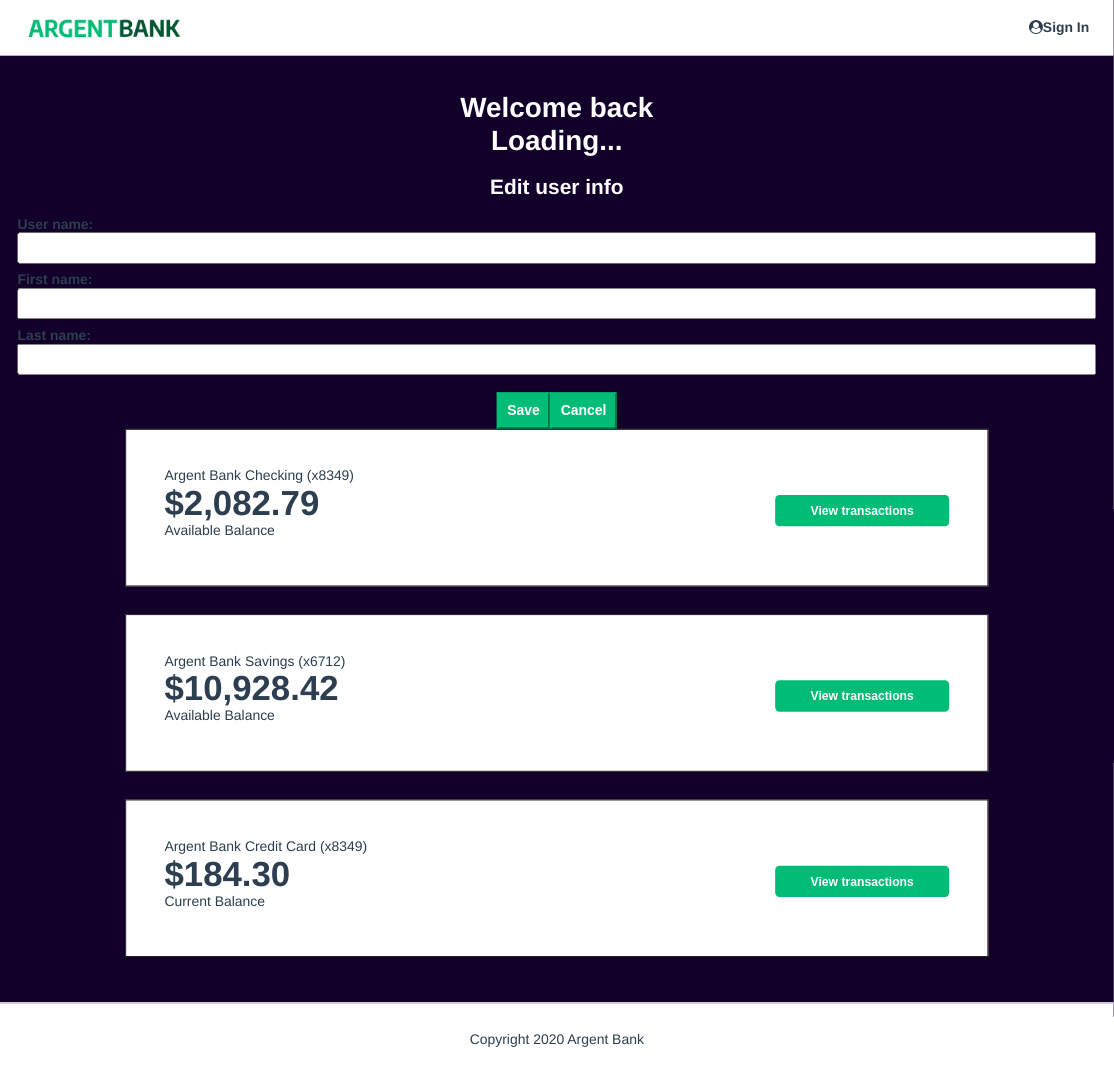
Repository: Dimple3377/ArgentBank-website
Page: /edit-user (app in banking-app/)
These files come from the project's save history. The page is drawn as it stood at one moment and after the next save; the edit follows.
The browser window is 1280 px wide. The pictures show the whole page, at 87% of full size.
The project was rebuilt for these pictures with package versions that can differ from the ones it lists, and the page was loaded fresh each time. Also part of the build but not shown: banking-app/src/components/Hero.jsx, banking-app/src/components/Feature.jsx, banking-app/src/pages/HomePage.jsx, banking-app/src/components/LoginForm.jsx, banking-app/src/pages/SignInPage.jsx, banking-app/src/pages/UserPage.jsx.

Above is the page before, as saved 2024-05-25 17:06:15.

### banking-app/src/index.jsx
import React from "react";
import ReactDOM from "react-dom/client";
import "./main.css";
import App from "./App";
import { Provider } from "react-redux";
import store from "./store";

const root = ReactDOM.createRoot(document.getElementById("root"));
root.render(
  <React.StrictMode>
    <Provider store={store}>
      <App />
    </Provider>
  </React.StrictMode>
);

### banking-app/src/main.css
html {
  font-family: Avenir, Helvetica, Arial, sans-serif;
  -webkit-font-smoothing: antialiased;
  -moz-osx-font-smoothing: grayscale;
  text-align: center;
  color: #2c3e50;
}

body {
  margin: 0;
  display: flex;
  flex-direction: column;
  min-height: 100vh;
}

.main {
  flex: 1;
}

.bg-dark {
  background-color: #12002b;
}

.sr-only {
  border: 0 !important;
  clip: rect(1px, 1px, 1px, 1px) !important;
  -webkit-clip-path: inset(50%) !important;
  clip-path: inset(50%) !important;
  height: 1px !important;
  margin: -1px !important;
  overflow: hidden !important;
  padding: 0 !important;
  position: absolute !important;
  width: 1px !important;
  white-space: nowrap !important;
}

.main-nav {
  display: flex;
  justify-content: space-between;
  align-items: center;
  padding: 5px 20px;
}

.main-nav a {
  font-weight: bold;
  color: #2c3e50;
}

.main-nav a.router-link-exact-active {
  color: #42b983;
}

.main-nav-item {
  text-decoration: none;
  margin-right: 0.5rem;
}

.main-nav-item:hover {
  text-decoration: underline;
}

.main-nav-logo {
  display: flex;
  align-items: center;
}

.main-nav-logo-image {
  max-width: 100%;
  width: 200px;
}

.hero {
  background-image: url("../src/assets/img/bank-tree.jpeg");
  background-position: 0 -50px;
  background-size: cover;
  background-repeat: no-repeat;
  height: 300px;
  position: relative;
}

.hero-content {
  position: relative;
  top: 2rem;
  width: 200px;
  background: white;
  padding: 2rem;
  text-align: left;
  margin: 0 auto;
}

.hero-content .subtitle {
  font-weight: bold;
  font-size: 1rem;
  margin: 0;
}

.hero-content .text {
  margin-bottom: 0;
  font-size: 0.9rem;
}

@media (min-width: 920px) {
  .hero {
    height: 400px;
    background-position: 0% 33%;
  }

  .hero-content {
    position: absolute;
    top: 50px;
    right: 50px;
    width: 300px;
    margin: 2rem;
  }

  .hero-content .subtitle {
    font-size: 1.5rem;
  }

  .hero-content .text {
    font-size: 1.2rem;
  }
}

.features {
  display: flex;
  flex-direction: column;
}

@media (min-width: 920px) {
  .features {
    flex-direction: row;
  }
}

.feature-icon {
  width: 100px;
  border: 10px solid #00bc77;
  border-radius: 50%;
  padding: 1rem;
}

.feature-item {
  flex: 1;
  padding: 2.5rem;
}

.feature-item-title {
  color: #222;
  font-size: 1.25rem;
  font-weight: bold;
  margin-bottom: 0.5rem;
}

.sign-in-button {
  display: block;
  width: 100%;
  padding: 8px;
  font-size: 1.1rem;
  font-weight: bold;
  margin-top: 1rem;
  border-color: #00bc77;
  background-color: #00bc77;
  color: #fff;
}

.sign-in-content {
  box-sizing: border-box;
  background-color: white;
  width: 300px;
  margin: 0 auto;
  margin-top: 3rem;
  padding: 2rem;
}

.sign-in-icon {
  font-size: 5rem;
}

.input-remember {
  display: flex;
}

.input-remember label {
  margin-left: 0.25rem;
}

.input-wrapper {
  display: flex;
  flex-direction: column;
  text-align: left;
  margin-bottom: 1rem;
}

.input-wrapper label {
  font-weight: bold;
}

.input-wrapper input {
  padding: 5px;
  font-size: 1.2rem;
}

.footer {
  display: flex;
  justify-content: center;
  border-top: 2px solid #ccc;
  padding: 2rem 0 1.5rem;
}

.footer-text {
  margin: 0;
  padding: 0;
}

.account {
  display: flex;
  justify-content: space-between;
  align-items: center;
  border: 1px solid black;
  background-color: #fff;
  width: 80%;
  margin: 0 auto;
  flex-direction: column;
  padding: 1.5rem;
  box-sizing: border-box;
  text-align: left;
  margin-bottom: 2rem;
}

.account-amount {
  margin: 0;
  font-size: 2.5rem;
  font-weight: bold;
}

.account-amount-description {
  margin: 0;
}

.account-title {
  margin: 0;
  padding: 0;
  font-size: 1rem;
  font-weight: normal;
}

.account-content-wrapper {
  width: 100%;
  flex: 1;
}

.edit-button {
  border-color: #00bc77;
  background-color: #00bc77;
  color: #fff;
  font-weight: bold;
  padding: 10px;
}

.header {
  color: #fff;
  margin-bottom: 2rem;
}

.transaction-button {
  display: block;
  width: 100%;
  padding: 8px;
  font-size: 1.1rem;
  font-weight: bold;
  margin-top: 1rem;
  border-color: #00bc77;
  background-color: #00bc77;
  color: #fff;
}

@media (min-width: 720px) {
  .account {
    flex-direction: row;
  }

  .account-content-wrapper.cta {
    flex: 0;
  }

  .transaction-button {
    width: 200px;
  }
}

### banking-app/src/App.jsx
import React from "react";
import { BrowserRouter as Router, Route, Routes } from "react-router-dom";
import HomePage from "./pages/HomePage";
import SignInPage from "./pages/SignInPage";
import UserPage from "./pages/UserPage";
import EditUserPage from "./pages/EditUserPage"; // Importer la nouvelle page
import "./main.css";

function App() {
  return (
    <Router>
      <Routes>
        <Route path="/" element={<HomePage />} />
        <Route path="/sign-in" element={<SignInPage />} />
        <Route path="/user" element={<UserPage />} />
        <Route path="/edit-user" element={<EditUserPage />} />{" "}
        {/* Ajouter la nouvelle route */}
      </Routes>
    </Router>
  );
}

export default App;

### banking-app/src/store/index.jsx
import { configureStore } from "@reduxjs/toolkit";
import userReducer from "./userSlice";

export const store = configureStore({
  reducer: {
    user: userReducer,
    devTools: process.env.NODE_ENV !== "production",
  },
});

export default store;

### banking-app/src/pages/EditUserPage.jsx
import React, { useState } from "react";
import { useSelector } from "react-redux";
import Header from "../components/Header";
import Footer from "../components/Footer";
import EditNameForm from "../components/EditNameForm";
import "../pages/EditUserPage.css"; // Assurez-vous que le chemin est correct

const EditUserPage = () => {
  const { user } = useSelector((state) => state.user);
  const [isEditing, setIsEditing] = useState(false);

  const toggleEdit = () => {
    setIsEditing(!isEditing);
  };

  return (
    <>
      <Header />
      <main className="main bg-dark">
        <div className="header">
          <h1>
            Welcome back
            <br />
            {user ? `${user.firstName} ${user.lastName}!` : "Loading..."}
          </h1>
          <h2>Edit user info</h2>
        </div>
        <EditNameForm toggleEdit={toggleEdit} />
        <h2 className="sr-only">Accounts</h2>
        <section className="account">
          <div className="account-content-wrapper">
            <h3 className="account-title">Argent Bank Checking (x8349)</h3>
            <p className="account-amount">$2,082.79</p>
            <p className="account-amount-description">Available Balance</p>
          </div>
          <div className="account-content-wrapper cta">
            <button className="transaction-button">View transactions</button>
          </div>
        </section>
        <section className="account">
          <div className="account-content-wrapper">
            <h3 className="account-title">Argent Bank Savings (x6712)</h3>
            <p className="account-amount">$10,928.42</p>
            <p className="account-amount-description">Available Balance</p>
          </div>
          <div className="account-content-wrapper cta">
            <button className="transaction-button">View transactions</button>
          </div>
        </section>
        <section className="account">
          <div className="account-content-wrapper">
            <h3 className="account-title">Argent Bank Credit Card (x8349)</h3>
            <p className="account-amount">$184.30</p>
            <p className="account-amount-description">Current Balance</p>
          </div>
          <div className="account-content-wrapper cta">
            <button className="transaction-button">View transactions</button>
          </div>
        </section>
      </main>
      <Footer />
    </>
  );
};

export default EditUserPage;

### banking-app/src/store/userSlice.jsx
import { createSlice, createAsyncThunk } from "@reduxjs/toolkit";
import axios from "axios";

const initialState = {
  user: null,
  token: null,
  status: "idle",
  error: null,
};

// Thunks
export const loginUser = createAsyncThunk(
  "user/login",
  async (credentials, { dispatch }) => {
    const response = await axios.post(
      "http://localhost:3001/api/v1/user/login",
      credentials
    );
    const token = response.data.body.token;
    // Fetch user profile after login
    const userProfileResponse = await axios.get(
      "http://localhost:3001/api/v1/user/profile",
      {
        headers: {
          Authorization: `Bearer ${token}`,
        },
      }
    );
    return { ...userProfileResponse.data.body, token };
  }
);

export const updateUser = createAsyncThunk(
  "user/update",
  async (userData, { getState }) => {
    const state = getState();
    const token = state.user.token;
    const response = await axios.put(
      "http://localhost:3001/api/v1/user/profile",
      userData,
      {
        headers: {
          Authorization: `Bearer ${token}`,
        },
      }
    );
    return response.data.body;
  }
);

export const fetchUserProfile = createAsyncThunk(
  "user/fetchProfile",
  async (_, { getState }) => {
    const state = getState();
    const token = state.user.token;
    const response = await axios.get(
      "http://localhost:3001/api/v1/user/profile",
      {
        headers: {
          Authorization: `Bearer ${token}`,
        },
      }
    );
    return response.data.body;
  }
);

const userSlice = createSlice({
  name: "user",
  initialState,
  reducers: {
    logout: (state) => {
      state.user = null;
      state.token = null;
      state.status = "idle";
      state.error = null;
    },
  },
  extraReducers: (builder) => {
    builder
      .addCase(loginUser.pending, (state) => {
        state.status = "loading";
      })
      .addCase(loginUser.fulfilled, (state, action) => {
        console.log("Login fulfilled:", action.payload); // Debug
        state.status = "succeeded";
        state.user = action.payload;
        state.token = action.payload.token;
        state.error = null;
      })
      .addCase(loginUser.rejected, (state, action) => {
        state.status = "failed";
        state.error = action.error.message;
      })
      .addCase(updateUser.pending, (state) => {
        state.status = "loading";
      })
      .addCase(updateUser.fulfilled, (state, action) => {
        console.log("Update fulfilled:", action.payload); // Debug
        state.status = "succeeded";
        state.user = { ...state.user, ...action.payload };
        state.error = null;
      })
      .addCase(updateUser.rejected, (state, action) => {
        state.status = "failed";
        state.error = action.error.message;
      })
      .addCase(fetchUserProfile.pending, (state) => {
        state.status = "loading";
      })
      .addCase(fetchUserProfile.fulfilled, (state, action) => {
        console.log("Fetch profile fulfilled:", action.payload); // Debug
        state.status = "succeeded";
        state.user = action.payload;
        state.error = null;
      })
      .addCase(fetchUserProfile.rejected, (state, action) => {
        state.status = "failed";
        state.error = action.error.message;
      });
  },
});

export const { logout } = userSlice.actions;

export default userSlice.reducer;

### banking-app/src/components/Header.jsx
import React, { useEffect } from "react";
import { Link } from "react-router-dom";
import { useSelector, useDispatch } from "react-redux";
import { fetchUserProfile, logout } from "../store/userSlice";
import logo from "../assets/img/argentBankLogo.png";
import "font-awesome/css/font-awesome.min.css";

const Header = () => {
  const dispatch = useDispatch();
  const { user, token } = useSelector((state) => state.user);

  useEffect(() => {
    if (token && !user) {
      dispatch(fetchUserProfile());
    }
  }, [dispatch, token, user]);

  const handleLogout = () => {
    dispatch(logout());
  };

  return (
    <nav className="main-nav">
      <Link className="main-nav-logo" to="/">
        <img
          className="main-nav-logo-image"
          src={logo}
          alt="Argent Bank Logo"
        />
        <h1 className="sr-only">Argent Bank</h1>
      </Link>
      <div>
        {user ? (
          <>
            <Link className="main-nav-item" to="/user">
              <i className="fa fa-user-circle"></i>
              {user.userName}
            </Link>
            <Link className="main-nav-item" to="/" onClick={handleLogout}>
              <i className="fa fa-sign-out"></i>
              Sign Out
            </Link>
          </>
        ) : (
          <Link className="main-nav-item" to="/sign-in">
            <i className="fa fa-user-circle"></i>
            Sign In
          </Link>
        )}
      </div>
    </nav>
  );
};

export default Header;

### banking-app/src/components/Footer.jsx
import React from "react";

const Footer = () => {
  return (
    <footer className="footer">
      <p className="footer-text">Copyright 2020 Argent Bank</p>
    </footer>
  );
};

export default Footer;

### banking-app/src/components/EditNameForm.jsx
import React, { useState } from "react";
import { useDispatch, useSelector } from "react-redux";
import { updateUser } from "../store/userSlice";

const EditNameForm = ({ toggleEdit }) => {
  const dispatch = useDispatch();
  const { user } = useSelector((state) => state.user);

  const [firstName, setFirstName] = useState(user?.firstName || "");
  const [lastName, setLastName] = useState(user?.lastName || "");
  const [userName, setUserName] = useState(user?.userName || "");

  const handleSubmit = (e) => {
    e.preventDefault();
    dispatch(updateUser({ firstName, lastName, userName })).then(() => {
      toggleEdit();
    });
  };

  return (
    <form onSubmit={handleSubmit}>
      <div className="input-wrapper">
        <label htmlFor="userName">User name:</label>
        <input
          type="text"
          id="userName"
          value={userName}
          onChange={(e) => setUserName(e.target.value)}
        />
      </div>
      <div className="input-wrapper">
        <label htmlFor="firstName">First name:</label>
        <input
          type="text"
          id="firstName"
          value={firstName}
          onChange={(e) => setFirstName(e.target.value)}
        />
      </div>
      <div className="input-wrapper">
        <label htmlFor="lastName">Last name:</label>
        <input
          type="text"
          id="lastName"
          value={lastName}
          onChange={(e) => setLastName(e.target.value)}
        />
      </div>
      <button type="submit" className="edit-button">
        Save
      </button>
      <button type="button" className="edit-button" onClick={toggleEdit}>
        Cancel
      </button>
    </form>
  );
};

export default EditNameForm;

### banking-app/src/pages/EditUserPage.css
.main {
  padding: 20px;
}

.header {
  margin-bottom: 20px;
}

.input-wrapper {
  margin-bottom: 10px;
}

.edit-button {
  margin-top: 10px;
  padding: 10px;
  font-size: 16px;
  cursor: pointer;
}

.account-content-wrapper {
  background-color: #fff;
  padding: 20px;
  margin-bottom: 10px;
  border-radius: 5px;
}

.account-content-wrapper.cta {
  text-align: right;
}

.transaction-button {
  padding: 10px 20px;
  font-size: 14px;
  cursor: pointer;
  border: none;
  background-color: #00bc77;
  color: #fff;
  border-radius: 5px;
}

.transaction-button:hover {
  background-color: #009c5f;
}

Loaded but not shown: banking-app/public/index.html (common file)

After the next save:
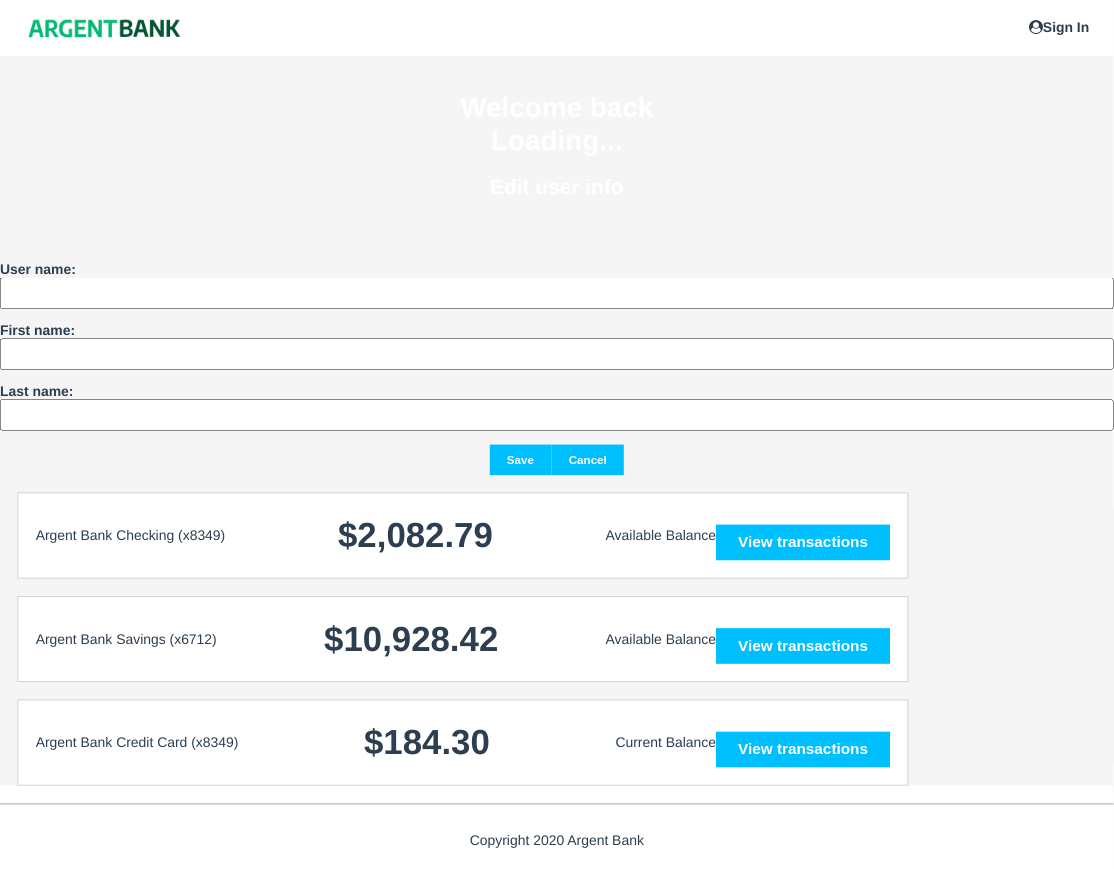
Saved 54 s later.
--- a/banking-app/src/pages/EditUserPage.css
+++ b/banking-app/src/pages/EditUserPage.css
@@ -1,43 +1,48 @@
+/* EditUserPage.css */
+
 .main {
+  background-color: #f5f5f5;
+  min-height: 100vh;
+}
+
+.header {
+  text-align: center;
   padding: 20px;
 }
 
-.header {
-  margin-bottom: 20px;
-}
-
-.input-wrapper {
-  margin-bottom: 10px;
-}
-
 .edit-button {
-  margin-top: 10px;
-  padding: 10px;
-  font-size: 16px;
+  background-color: #00bfff;
+  color: white;
+  border: none;
+  padding: 10px 20px;
   cursor: pointer;
 }
 
-.account-content-wrapper {
-  background-color: #fff;
-  padding: 20px;
-  margin-bottom: 10px;
-  border-radius: 5px;
+.edit-button:hover {
+  background-color: #009acd;
 }
 
-.account-content-wrapper.cta {
-  text-align: right;
+.account {
+  background-color: white;
+  border: 1px solid #ccc;
+  padding: 20px;
+  margin: 20px;
+}
+
+.account-content-wrapper {
+  display: flex;
+  justify-content: space-between;
+  align-items: center;
 }
 
 .transaction-button {
+  background-color: #00bfff;
+  color: white;
+  border: none;
   padding: 10px 20px;
-  font-size: 14px;
   cursor: pointer;
-  border: none;
-  background-color: #00bc77;
-  color: #fff;
-  border-radius: 5px;
 }
 
 .transaction-button:hover {
-  background-color: #009c5f;
+  background-color: #009acd;
 }
